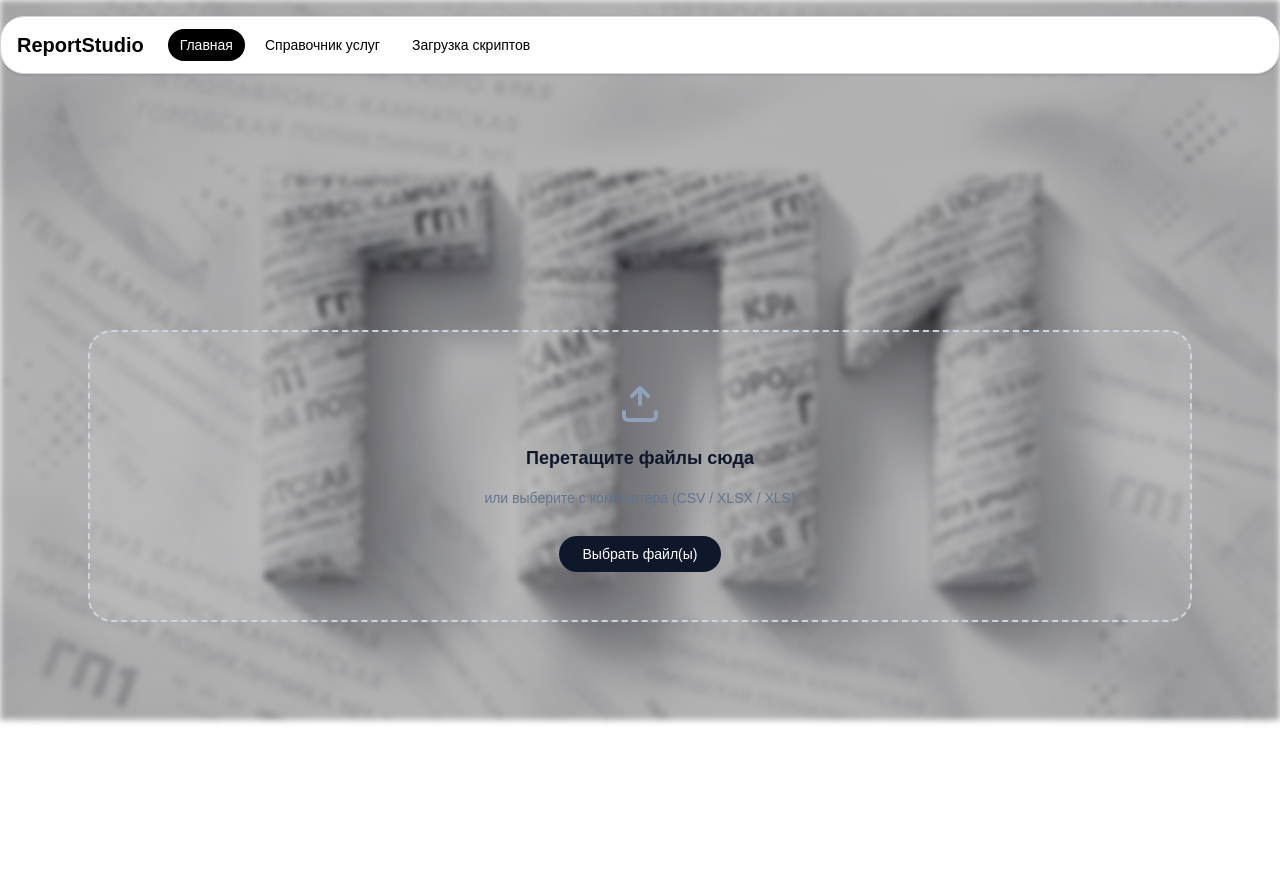
Repository: vladzap2423/report_studio_v2
Page: /
The author's editor kept a copy of each file at every save. The page is drawn from the files as they stood at one save, then again after the next save.
The browser window is 1280 px wide. The pictures show the whole page.
The project was rebuilt for these pictures with package versions that can differ from the ones it lists, and the page was loaded fresh each time. The framework's server and built-in components were replaced by stand-ins that run in the browser. Also part of the build but not shown: next.config.ts, src/app/components/ScriptsList.tsx.

Above is the page before, as saved 2026-03-17 15:10:38.

After the next save:
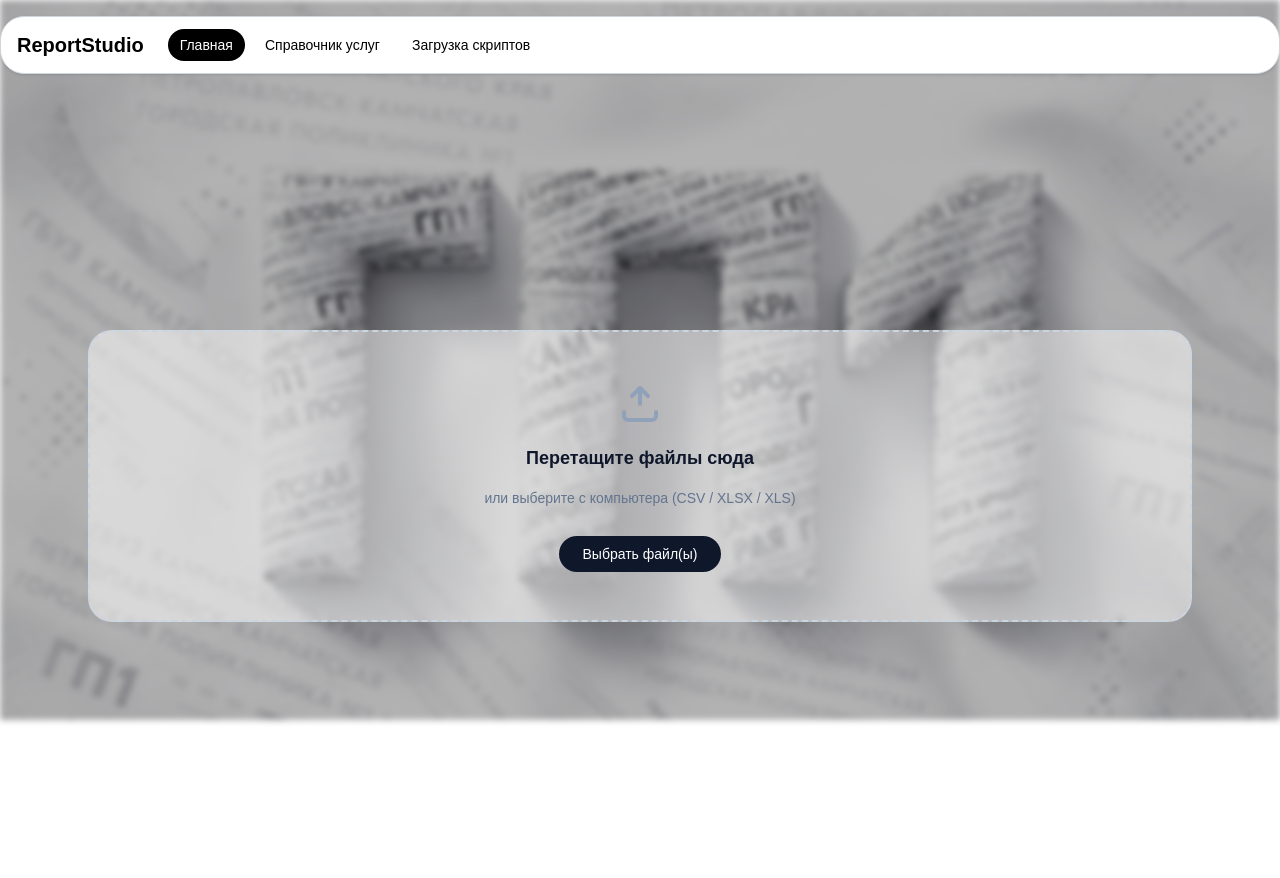
Saved 10 s later.
--- a/src/app/components/DropZone.tsx
+++ b/src/app/components/DropZone.tsx
@@ -57,7 +57,7 @@ export default function DropZone({ accept = ".csv,.xlsx,.xls", onFilesPicked }:
         onDrop={onDrop}
         className={`
     relative flex flex-col items-center justify-center gap-4 rounded-3xl border-2 border-dashed p-12 transition-all duration-300
-    ${isDragging ? "border-emerald-400 bg-white/20 shadow-lg" : "border-slate-300 bg-white/10 hover:border-slate-400 hover:shadow-md"}
+    ${isDragging ? "border-emerald-400 bg-white/20 shadow-lg" : "border-slate-300 bg-white/50 hover:border-slate-400 hover:shadow-md"}
   `}
       >
         <svg className="w-12 h-12 text-slate-400" fill="none" stroke="currentColor" viewBox="0 0 24 24">
